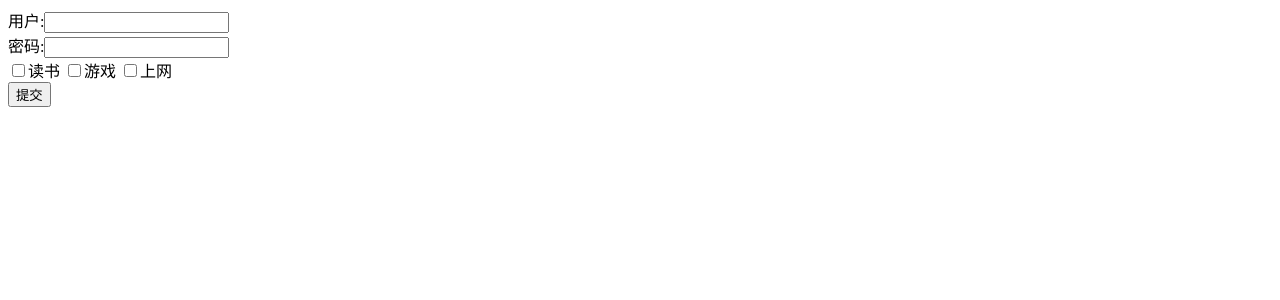
Repository: jionjion/JAVA_WorkSpace
Page: http://localhost/ServletClient/modules/jspBase/baseIII_01.jsp
These files come from the project's save history. The page is drawn as it stood at one moment and after the next save; the edit follows.
The browser window is 1280 px wide. The pictures show the whole page.
The page is served by Tomcat 9.

Above is the page before, as saved 2017-07-10 14:30:09.

After the next save:
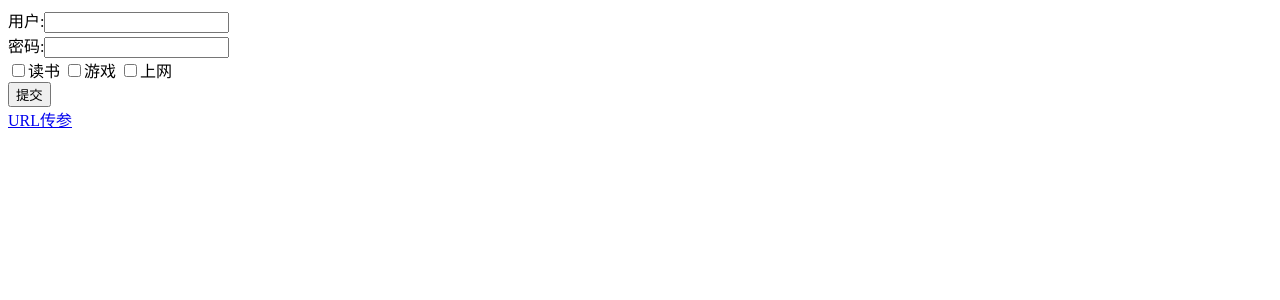
Saved 9 s later.
--- a/ServletClient/WebContent/modules/jspBase/baseIII_01.jsp
+++ b/ServletClient/WebContent/modules/jspBase/baseIII_01.jsp
@@ -20,6 +20,6 @@
 		<input type="submit" value="提交">
 	</form>
 
-	<a href="<%=basePath%>modules/jspBase/baseIII_02.jsp?username = 'lisi'&password=12345&hobby=读书"></a>
+	<a href="<%=basePath%>modules/jspBase/baseIII_02.jsp?username = 'lisi'&password=12345&hobby=读书">URL传参</a>
 </body>
 </html>
